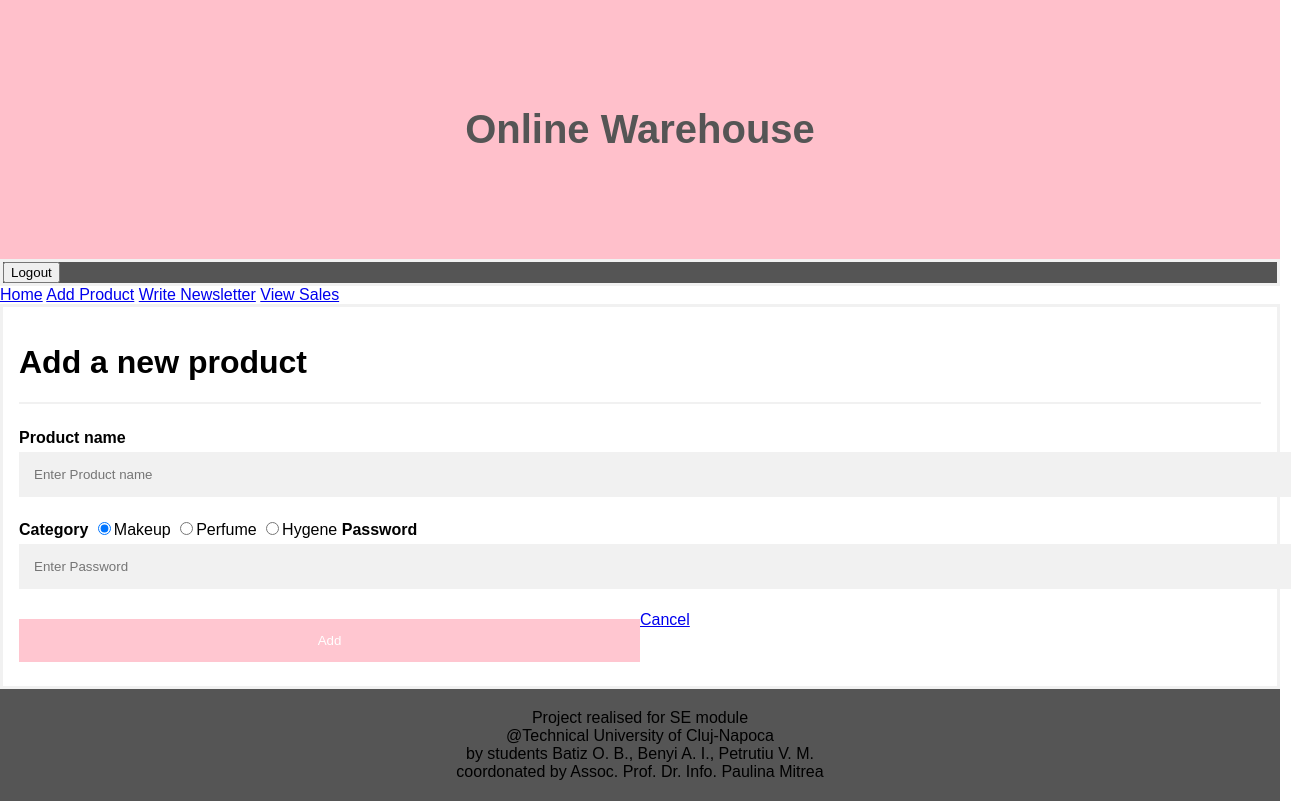
Repository: orsi-batiz/SEwithJSP
Page: http://localhost/OnlineWarehouse/addProduct.jsp
These files come from the project's save history. The page is drawn as it stood at one moment and after the next save; the edit follows.
The browser window is 1280 px wide. The page is 1291 px wide, so the pictures cover 1291 px, including what lies to the right of the window. The pictures show the whole page.
The page is served by Tomcat 9. The template is opened directly, without the code that normally fills it, so the values that code supplies are empty.

Above is the page before, as saved 2019-01-17 02:09:24.

After the next save:
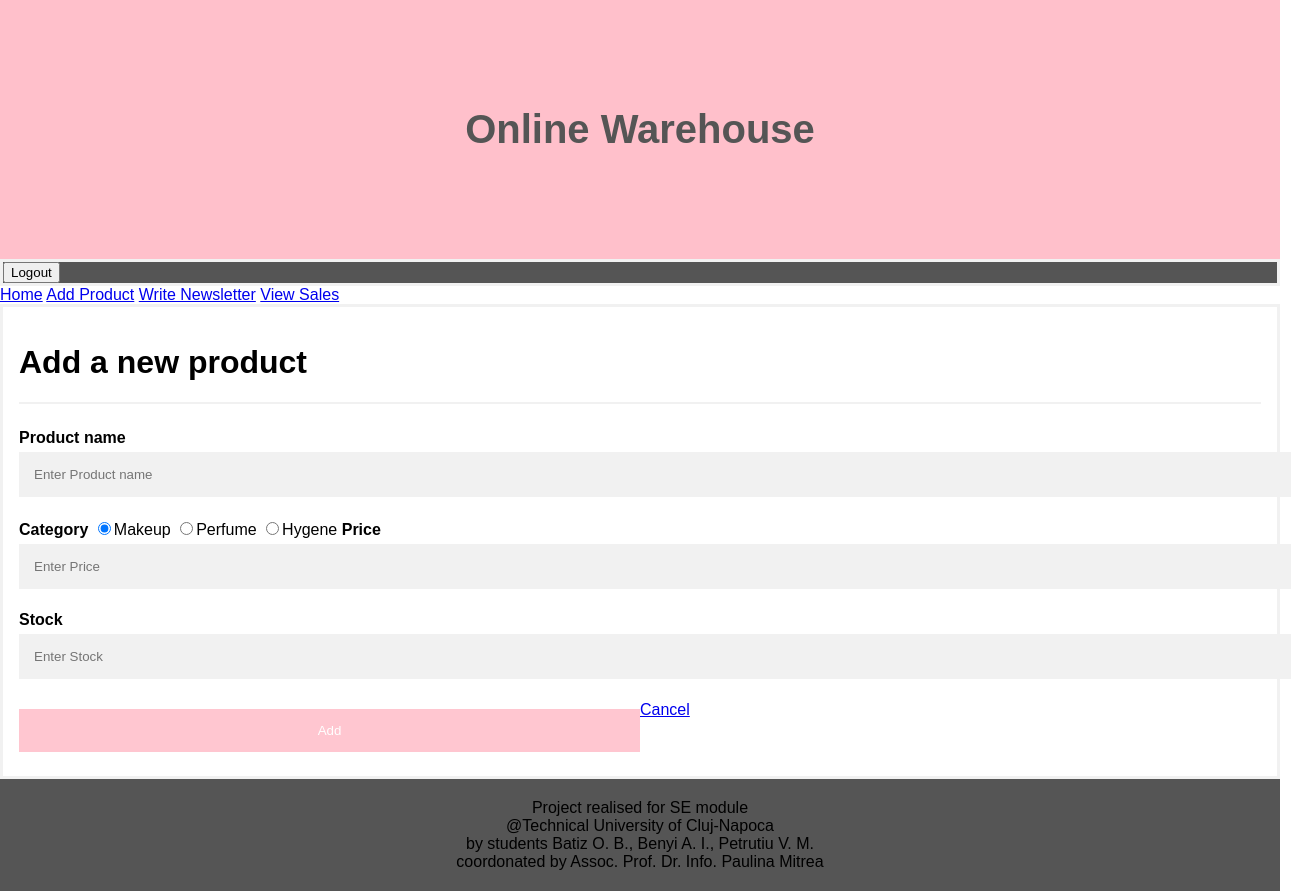
Saved 105 s later.
--- a/OnlineWarehouse/OnlineWarehouse/WebContent/addProduct.jsp
+++ b/OnlineWarehouse/OnlineWarehouse/WebContent/addProduct.jsp
@@ -101,11 +101,11 @@ button:hover {
 	<input type="radio" name="category" value="Perfume"/><label>Perfume</label>
 	<input type="radio" name="category" value="Hygene"/><label>Hygene</label>
 
-    <label for="psw"><b>Password</b></label>
-    <input type="password" placeholder="Enter Password" name="password" required>
+    <label for="price"><b>Price</b></label>
+    <input type="text" placeholder="Enter Price" name="price" required>
 
-
-
+    <label for="stock"><b>Stock</b></label>
+    <input type="text" placeholder="Enter Stock" name="stock" required>
 
 
     <div class="clearfix">
